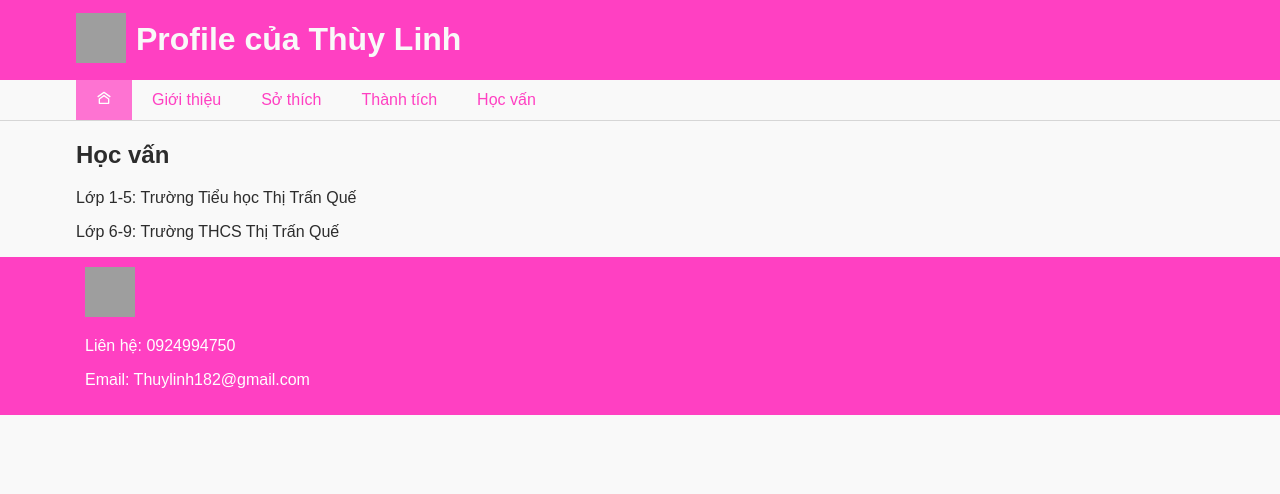
Repository: DucLong-PD07979/profile-vu-thuy-linh
Page: hoc-van.html
An editor plug-in stored every save of this project. The page is shown before and after the next save, followed by the edit.
The browser window is 1280 px wide. The pictures show the whole page.
Pictures or frames that could not be fetched are drawn as grey boxes.

Above is the page before, as saved 2025-03-13 21:18:31.
Not found: script.js

After the next save:
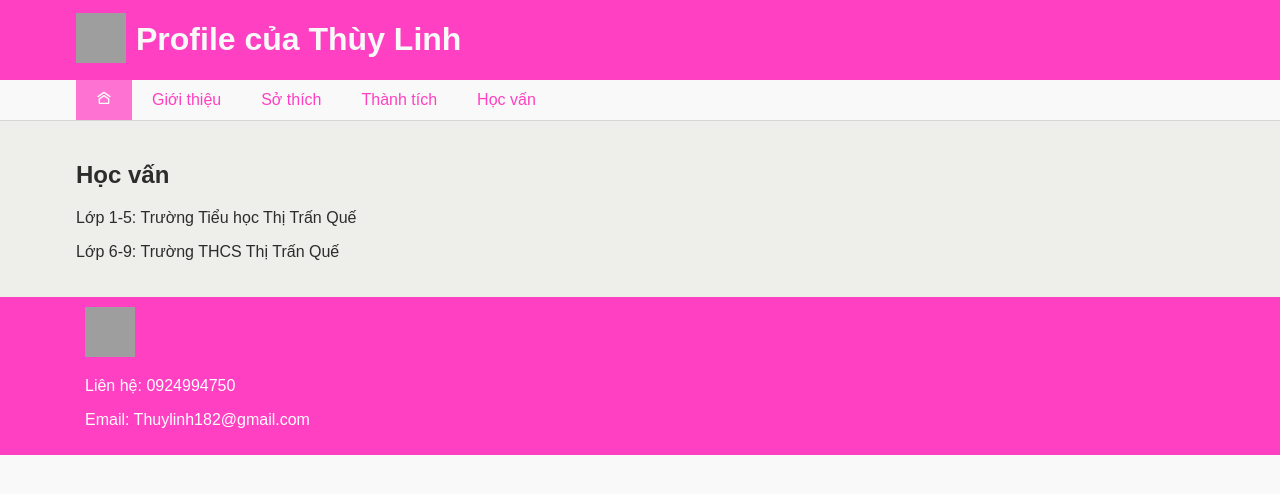
Saved 27 s later.
--- a/hoc-van.html
+++ b/hoc-van.html
@@ -50,11 +50,13 @@
                 </nav>
             </div>
         </div>
-        <section id="education-section-content">
+        <section id="education">
             <div class="container">
-                <h2>Học vấn</h2>
-                <p>Lớp 1-5: Trường Tiểu học Thị Trấn Quế</p>
-                <p>Lớp 6-9: Trường THCS Thị Trấn Quế</p>
+                <div class="education-section-content">
+                    <h2>Học vấn</h2>
+                    <p>Lớp 1-5: Trường Tiểu học Thị Trấn Quế</p>
+                    <p>Lớp 6-9: Trường THCS Thị Trấn Quế</p>
+                </div>
             </div>
         </section>
         <footer>
